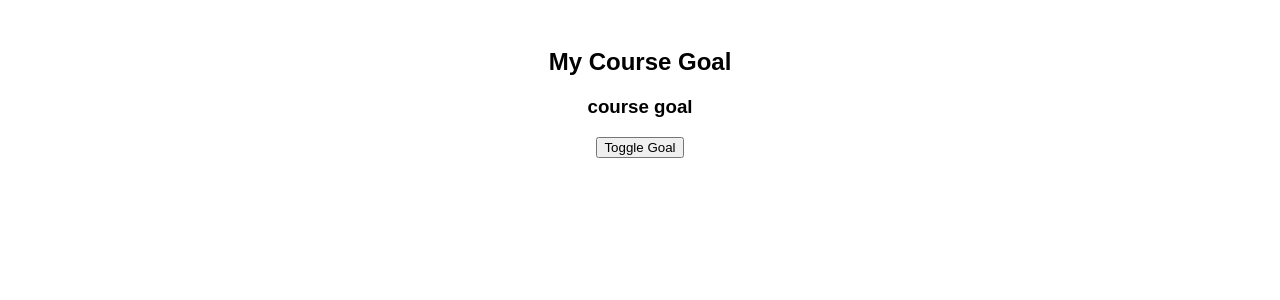
Repository: hanysaadeldeen/Learn-Vue_with_Maximilian
Page: / (app in 18-composition-api/problem-one/)
The author's editor kept a copy of each file at every save. The page is drawn from the files as they stood at one save, then again after the next save.
The browser window is 1280 px wide. The pictures show the whole page.
The project was rebuilt for these pictures with package versions that can differ from the ones it lists, and the page was loaded fresh each time.

Above is the page before, as saved 2024-02-05 12:39:53.

After the next save:
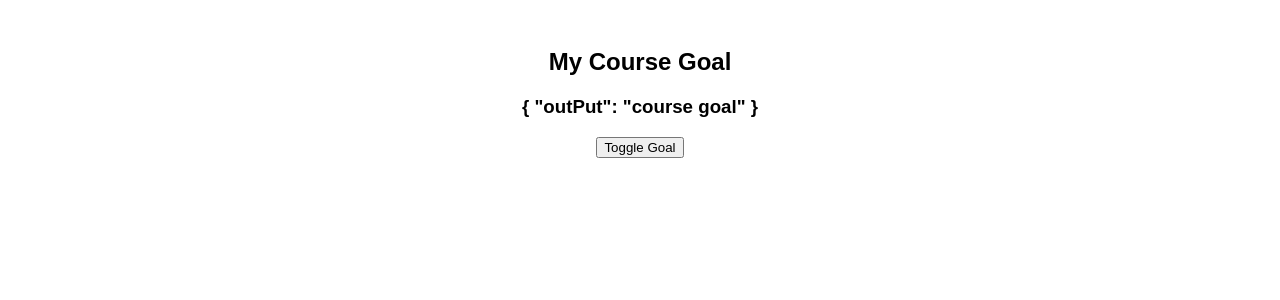
Saved 59 s later.
--- a/18-composition-api/problem-one/src/App.vue
+++ b/18-composition-api/problem-one/src/App.vue
@@ -16,7 +16,10 @@
 import { ref } from 'vue';
 export default {
   setup() {
-    const goal = ref('course goal');
+    // const goal = ref('course goal');
+    const goal = ref({
+      outPut: 'course goal',
+    });
     const isHide = ref(false);
 
     function toggle() {

After the save that followed:
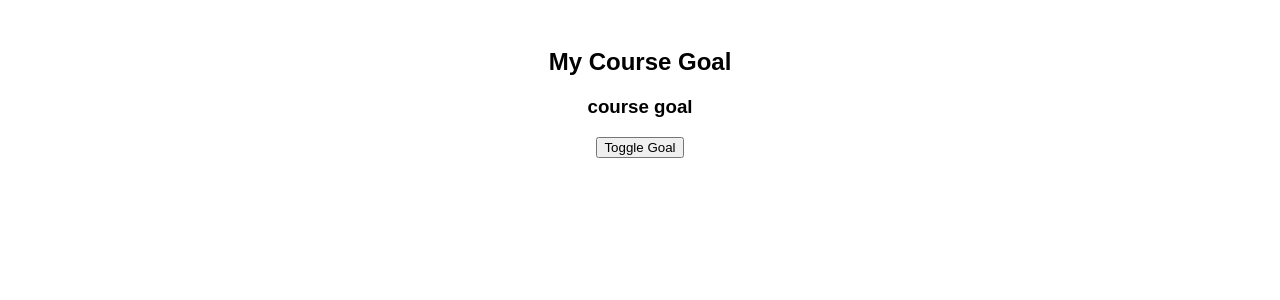
Saved 18 s later.
--- a/18-composition-api/problem-one/src/App.vue
+++ b/18-composition-api/problem-one/src/App.vue
@@ -2,7 +2,7 @@
   <h2>My Course Goal</h2>
   <!-- Task 1: Output your main course goal with help of the composition API -->
   <!-- Don't hardcode it into the template, instead hardcode it into the JS code -->
-  <h3 :class="{ hide: isHide }">{{ data }}</h3>
+  <h3 :class="{ hide: isHide }">{{ data.outPut }}</h3>
   <!-- Task 2: Toggle (show/ hide) the goal with help of the button  -->
   <button @click="toggle">Toggle Goal</button>
   <!-- Task 3: Manage data in three ways -->
